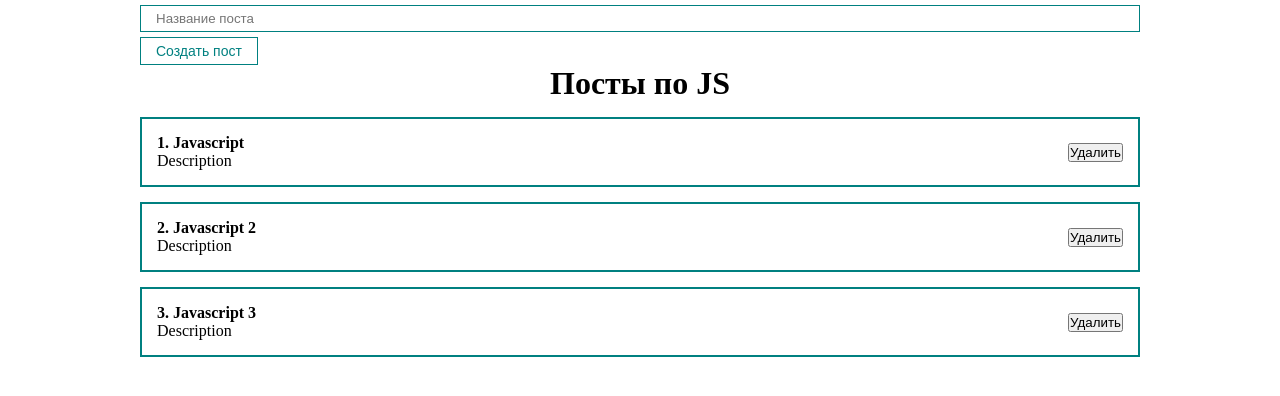
Repository: otvertka/ulb
Page: /
The author's editor kept a copy of each file at every save. The page is drawn from the files as they stood at one save, then again after the next save.
The browser window is 1280 px wide. The pictures show the whole page.
The project was rebuilt for these pictures with package versions that can differ from the ones it lists, and the page was loaded fresh each time. Also part of the build but not shown: src/components/Counter.jsx, src/components/ClassCounter.jsx.

Above is the page before, as saved 2023-06-11 11:34:27.

After the next save:
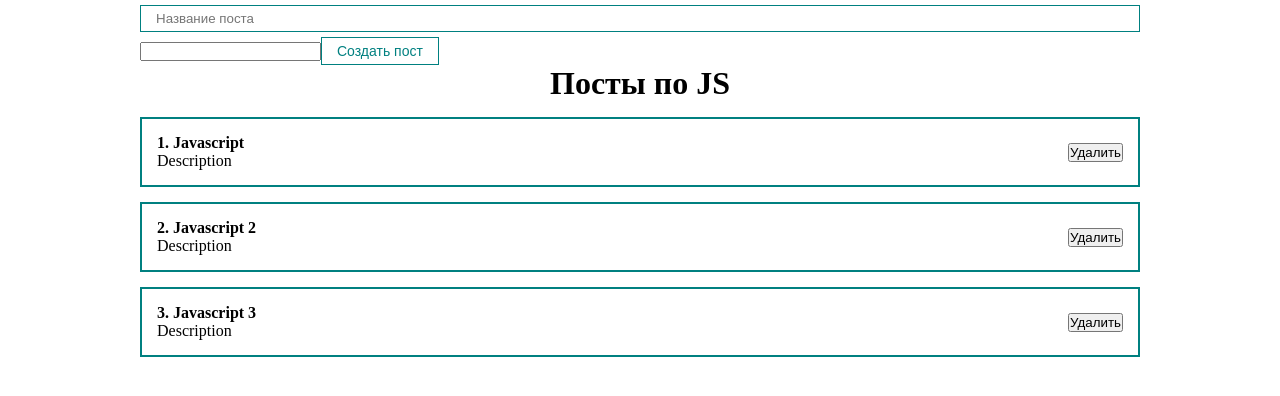
Saved 7 min 50 s later.
--- a/src/App.js
+++ b/src/App.js
@@ -34,6 +34,7 @@ function App() {
           type="text"
           placeholder="Название поста"
         ></MyInput>
+        <input ref={bodyInputRef} type="text" />
         {/* <MyInput
           ref={bodyInputRef}
           type="text"
